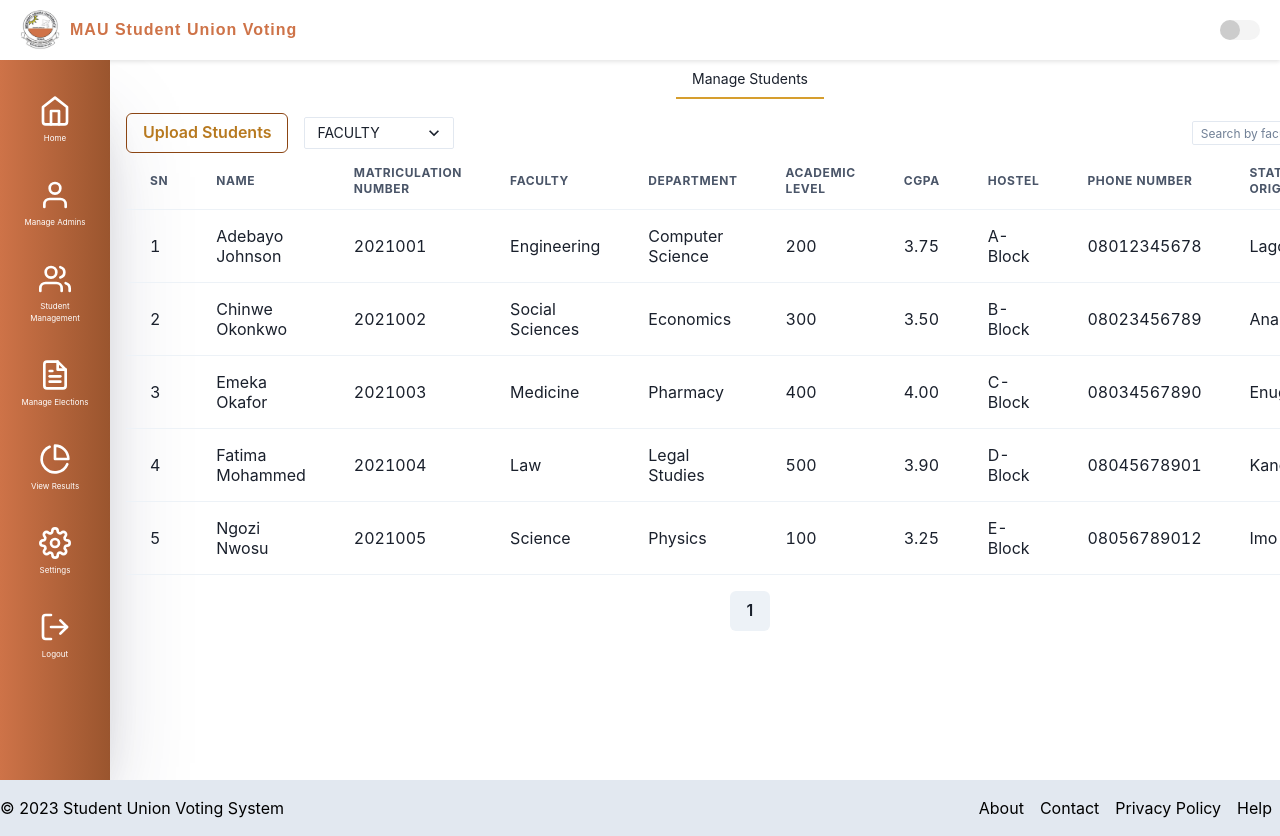
Repository: joena1o/e-vote
Page: /admin-dashboard/student-management
An editor plug-in stored every save of this project. The page is shown before and after the next save, followed by the edit.
The browser window is 1280 px wide. The pictures show the whole page.
The project was rebuilt for these pictures with package versions that can differ from the ones it lists, and the page was loaded fresh each time. Also part of the build but not shown: src/components/EnhancedLogin.js, src/components/BottomNav.js, src/api/index.js, src/components/maincontent/home/Home.styles.js, src/components/maincontent/home/Home.js, src/components/maincontent/RegisterStudents/RegisterStudents.js, src/components/maincontent/ElectionResults/ViewResults.js, src/components/maincontent/ElectionResults/report.js and 22 more.

Above is the page before, as saved 2023-12-19 18:45:39.

### src/index.js
import React from 'react';
import ReactDOM from 'react-dom/client';
import './index.css';
import App from './App';
import reportWebVitals from './reportWebVitals';
import Modal from 'react-modal';

// Set the app element for the modal for accessibility purposes
Modal.setAppElement('#root');

const root = ReactDOM.createRoot(document.getElementById('root'));
root.render(
  <React.StrictMode>
    <App />
  </React.StrictMode>
);

// If you want to start measuring performance in your app, pass a function
// to log results (for example: reportWebVitals(console.log))
// or send to an analytics endpoint. Learn more: https://bit.ly/CRA-vitals
reportWebVitals();

### src/Redux/store.js
import { configureStore } from '@reduxjs/toolkit';
import electionReducer from './electionSlice';
import studentsReducer from './studentsSlice';
import candidatesReducer from './CandidateSlice'; // Import the candidates reducer

const store = configureStore({
  reducer: {
    elections: electionReducer,
    students: studentsReducer,
    candidates: candidatesReducer, // Add the candidates reducer here
  },
});

export default store;

### src/components/Footer.js
import React from 'react';
import { Box, Flex, Text, Link } from '@chakra-ui/react';

const Footer = ({ colorMode }) => {
  const handleDownloadDocumentation = () => {

    const pdfUrl = '/path/to/your/documentation.pdf';

    //  anchor element that triggers  download
    const link = document.createElement('a');
    link.href = pdfUrl;
    link.download = 'documentation.pdf';
    link.click();
  };

    return (
      <Box as="footer" mt="auto" py={4} bg={colorMode === 'dark' ? 'gray.800' : 'gray.200'} color={colorMode === 'dark' ? 'white' : 'black'}>
        <Flex justify="space-between" align="center">
          <Text>&copy; 2023 Student Union Voting System</Text>
          <Flex>
            <Link mx={2} href="#about">
              About
            </Link>
            <Link mx={2} href="#contact">
              Contact
            </Link>
            <Link mx={2} href="#privacy">
              Privacy Policy
            </Link>
            <Link mx={2} onClick={handleDownloadDocumentation}>
              Help
            </Link>
          </Flex>
        </Flex>
      </Box>
    );
  };

  export default Footer;

### src/components/maincontent/RegisterStudents/StudentManagement.js
import React, { useState } from 'react';
import { Tabs, TabList, TabPanels, Tab, TabPanel, Box, Flex, Heading } from '@chakra-ui/react';
import ManageStudents from './ManageStudents';
import RegisterStudents from './RegisterStudents';

const StudentManagement = () => {
  const [activeTab, setActiveTab] = useState(0);

  const handleTabChange = (index) => {
    setActiveTab(index);
  };

  return (
    <Flex direction="column" align="center" w="100%" h="100vh"> {/* Set height to 100vh for full screen */}

      <Box w="100%" maxW="100%">
        <Tabs index={activeTab} onChange={handleTabChange} isLazy>
          <TabList display="flex" justifyContent="center" mx="auto" borderBottom="none">
            <Tab fontSize="sm" px={4} py={2} _selected={{ borderBottom: '2px solid', borderColor: 'yellow.500' }}>
              Manage Students
            </Tab>

          </TabList>
          <TabPanels>
            <TabPanel>
              <ManageStudents />
            </TabPanel>

          </TabPanels>
        </Tabs>
      </Box>
    </Flex>
  );
};

export default StudentManagement;

### src/Redux/electionSlice.js
/*import { createSlice, createAsyncThunk } from '@reduxjs/toolkit';
import { API, graphqlOperation } from 'aws-amplify';
import { createElection as createElectionAPI } from '../graphql/mutations';

export const createElection = createAsyncThunk(
  'elections/createElection',
  async (election, { rejectWithValue }) => {
    try {
      const result = await API.graphql(graphqlOperation(createElectionAPI, { input: election }));
      return result.data.createElection;
    } catch (error) {
      return rejectWithValue(error);
    }
  }
);

const electionSlice = createSlice({
  name: 'elections',
  initialState: [],
  reducers: {},
  extraReducers: (builder) => {
    builder.addCase(createElection.fulfilled, (state, action) => {
      state.push(action.payload);
    });
  },
});

export default electionSlice.reducer;
*/

### src/Redux/studentsSlice.js
import { createSlice } from '@reduxjs/toolkit';

export const studentsSlice = createSlice({
  name: 'students',
  initialState: [],
  reducers: {
    addStudents: (state, action) => {
      // Add students to the Redux store
      action.payload.forEach(student => {
        state.push(student);
      });
    },
  },
});

export const { addStudents } = studentsSlice.actions;

export default studentsSlice.reducer;

### src/Redux/CandidateSlice.js

import { createSlice } from '@reduxjs/toolkit';

export const candidatesSlice = createSlice({
  name: 'candidates',
  initialState: [],
  reducers: {
    setCandidates: (state, action) => {
      return action.payload;
    },
  },
});

export const { setCandidates } = candidatesSlice.actions;
export default candidatesSlice.reducer;

### src/components/maincontent/RegisterStudents/ManageStudents.js
import React, { useEffect, useState } from 'react';
import { API } from 'aws-amplify';
import {
  Box,
  Table,
  Thead,
  Tbody,
  Tr,
  Th,
  Td,
  Input,
  useColorMode,
  Modal,
  ModalOverlay,
  ModalContent,
  ModalHeader,
  ModalFooter,
  ModalBody,
  ModalCloseButton,
  VStack,
  HStack,
  Button,
  ChakraProvider,
  SimpleGrid,
  Flex,
  Select,
} from '@chakra-ui/react';
import { FiEye } from 'react-icons/fi';
import { toast } from 'react-toastify';
import 'react-toastify/dist/ReactToastify.css';

const ManageStudents = () => {
  const [students, setStudents] = useState([]);
  const [filteredStudents, setFilteredStudents] = useState([]);
  const [searchTerm, setSearchTerm] = useState('');
  const [sortField, setSortField] = useState(null);
  const [isModalOpen, setIsModalOpen] = useState(false);
  const [selectedFile, setSelectedFile] = useState(null);
  const [currentPage, setCurrentPage] = useState(1);
  const [studentsPerPage] = useState(5);
  const [selectedFilterField, setSelectedFilterField] = useState('FACULTY');
  const [columnFilters, setColumnFilters] = useState({});

  const { colorMode } = useColorMode();

  const mockStudents = [
    {
      id: 1,
      name: 'Adebayo Johnson',
      matriculationNumber: '2021001',
      faculty: 'Engineering',
      department: 'Computer Science',
      level: '200',
      cgpa: '3.75',
      hostel: 'A-Block',
      phone: '08012345678',
      stateOfOrigin: 'Lagos',
      lga: 'Ikeja',
      tribe: 'Yoruba',
    },
    {
      id: 2,
      name: 'Chinwe Okonkwo',
      matriculationNumber: '2021002',
      faculty: 'Social Sciences',
      department: 'Economics',
      level: '300',
      cgpa: '3.50',
      hostel: 'B-Block',
      phone: '08023456789',
      stateOfOrigin: 'Anambra',
      lga: 'Onitsha',
      tribe: 'Igbo',
    },
    {
      id: 3,
      name: 'Emeka Okafor',
      matriculationNumber: '2021003',
      faculty: 'Medicine',
      department: 'Pharmacy',
      level: '400',
      cgpa: '4.00',
      hostel: 'C-Block',
      phone: '08034567890',
      stateOfOrigin: 'Enugu',
      lga: 'Nsukka',
      tribe: 'Igbo',
    },
    {
      id: 4,
      name: 'Fatima Mohammed',
      matriculationNumber: '2021004',
      faculty: 'Law',
      department: 'Legal Studies',
      level: '500',
      cgpa: '3.90',
      hostel: 'D-Block',
      phone: '08045678901',
      stateOfOrigin: 'Kano',
      lga: 'Kano Municipal',
      tribe: 'Hausa',
    },
    {
      id: 5,
      name: 'Ngozi Nwosu',
      matriculationNumber: '2021005',
      faculty: 'Science',
      department: 'Physics',
      level: '100',
      cgpa: '3.25',
      hostel: 'E-Block',
      phone: '08056789012',
      stateOfOrigin: 'Imo',
      lga: 'Owerri',
      tribe: 'Igbo',
    },
  ];


  const handleFileSelect = (e) => {
    const file = e.target.files[0];
    setSelectedFile(file);
  };

  const handleUpload = () => {
    if (!selectedFile) {
      toast.error('Please select a file before uploading.');
      return;
    }

    // Your file upload logic here

    toast.info('Students registered successfully!', { autoClose: 3000 });
  };

  useEffect(() => {
    const fetchStudents = async () => {
      try {
        // Replace 'yourApiName' and '/path-to-your-endpoint' with your actual API information
        const apiData = await API.get('yourApiName', '/path-to-your-endpoint');
        setStudents(apiData.students);
        setFilteredStudents(apiData.students);
      } catch (error) {
        console.error('Error fetching students:', error);
        toast.error('Failed to fetch students. Please try again.');
      }
    };

    // Uncomment the line below to fetch real data from the API
    // fetchStudents();

    setStudents(mockStudents);
    setFilteredStudents(mockStudents);
  }, []);

  useEffect(() => {
    const results = students.filter((student) =>
      Object.values(student).some((value) =>
        value.toString().toLowerCase().includes(searchTerm.toLowerCase())
      )
    );
    if (!results.length) {
      toast.info('No students found.');
    }
    setFilteredStudents(results);
  }, [searchTerm, students]);

  const handleSort = (field) => {
    const sorted = [...filteredStudents].sort((a, b) =>
      a[field].toString().toLowerCase() > b[field].toString().toLowerCase() ? 1 : -1
    );
    setFilteredStudents(sorted);
    setSortField(field);
    toast.info(`Sorted by ${field}.`);
  };

  const openModal = () => {
    setIsModalOpen(true);
  };

  const closeModal = () => {
    setIsModalOpen(false);
  };

  const indexOfLastStudent = currentPage * studentsPerPage;
  const indexOfFirstStudent = indexOfLastStudent - studentsPerPage;
  const currentStudents = filteredStudents.slice(indexOfFirstStudent, indexOfLastStudent);

  const paginate = (pageNumber) => setCurrentPage(pageNumber);

  const filterStudentsByFilter = () => {
    let result = [...filteredStudents];

    if (selectedFilterField !== 'All' && columnFilters[selectedFilterField]) {
      result = result.filter((student) =>
        student[selectedFilterField]
          .toLowerCase()
          .includes(columnFilters[selectedFilterField].toLowerCase())
      );
    }

    return result;
  };

  const handleFilterFieldSelect = (field) => {
    setSelectedFilterField(field);
  };

  return (
    <ChakraProvider>
      <Box>
        <HStack spacing={2} align="center" w="100">
          <Input
            type="file"
            accept=".csv"
            display="none"
            onChange={handleFileSelect}
            id="file-upload-input"
          />
          <label htmlFor="file-upload-input">
            <Button
              as="span"
              colorScheme="yellow"
              variant="ghost"
              border="1px solid #8B4513"
              onClick={handleUpload}
              cursor="pointer"
            >
              Upload Students
            </Button>
          </label>

          {/* Filter Dropdown by Field */}
          <Select
            placeholder="Filter by Field"
            value={selectedFilterField}
            onChange={(e) => handleFilterFieldSelect(e.target.value)}
            size="sm"
            ml="2"
            maxWidth="150px"
          >
            <option value="FACULTY">FACULTY</option>
            <option value="DEPARTMENT">DEPARTMENT</option>
            <option value="level">ACADEMIC LEVEL</option>
            <option value="cgpa">CGPA</option>
            <option value="hostel">HOSTEL</option>
            <option value="phone">PHONE NUMBER</option>
            <option value="stateOfOrigin">STATE OF ORIGIN</option>
            <option value="lga">LGA</option>
            <option value="tribe">TRIBE</option>
          </Select>

          {/* Input for search term */}
          <Flex justifyContent="flex-end" flex="1">
            <Input
              type="text"
              placeholder={`Search by ${selectedFilterField.toLowerCase()}`}
              value={searchTerm}
              onChange={(e) => setSearchTerm(e.target.value)}
              size="xs"
              ml="2"
              w="20%"
            />
          </Flex>
        </HStack>

        {/* Table for displaying students */}
        <Table variant="simple" fontFamily="body">
          <Thead>
            <Tr>
              <Th>SN</Th>
              <Th onClick={() => handleSort('name')}>Name</Th>
              <Th onClick={() => handleSort('matriculationNumber')}>Matriculation Number</Th>
              <Th onClick={() => handleSort('faculty')}>Faculty</Th>
              <Th onClick={() => handleSort('department')}>Department</Th>
              <Th onClick={() => handleSort('level')}>Academic Level</Th>
              <Th onClick={() => handleSort('cgpa')}>CGPA</Th>
              <Th onClick={() => handleSort('hostel')}>Hostel</Th>
              <Th onClick={() => handleSort('phone')}>Phone Number</Th>
              <Th onClick={() => handleSort('stateOfOrigin')}>State of Origin</Th>
              <Th onClick={() => handleSort('lga')}>LGA</Th>
              <Th onClick={() => handleSort('tribe')}>Tribe</Th>
            </Tr>
          </Thead>

          <Tbody>
            {filterStudentsByFilter().map((student, index) => (
              <Tr key={student.id}>
                <Td>{indexOfFirstStudent + index + 1}</Td>
                <Td>{student.name}</Td>
                <Td>{student.matriculationNumber}</Td>
                <Td>{student.faculty}</Td>
                <Td>{student.department}</Td>
                <Td>{student.level}</Td>
                <Td>{student.cgpa}</Td>
                <Td>{student.hostel}</Td>
                <Td>{student.phone}</Td>
                <Td>{student.stateOfOrigin}</Td>
                <Td>{student.lga}</Td>
                <Td>{student.tribe}</Td>
              </Tr>
            ))}
          </Tbody>
        </Table>

        <VStack mt={4}>
          <SimpleGrid columns={Math.ceil(filterStudentsByFilter().length / studentsPerPage)}>
            {Array.from(
              { length: Math.ceil(filterStudentsByFilter().length / studentsPerPage) },
              (_, index) => (
                <Button key={index} onClick={() => paginate(index + 1)}>
                  {index + 1}
                </Button>
              )
            )}
          </SimpleGrid>
        </VStack>

        <Modal isOpen={isModalOpen} onClose={closeModal} size="md">
          <ModalOverlay />
          <ModalContent>
            <ModalHeader>Manage Students</ModalHeader>
            <ModalCloseButton />
            <ModalBody>
              <VStack spacing={4}>
                <Box>
                  <h3>Student Details</h3>
                  {/* Include student details here */}
                </Box>
                <Box>
                  <h3>Actions</h3>
                  <Button colorScheme="blue" mr={3}>
                    Edit
                  </Button>
                  <Button colorScheme="red">Delete</Button>
                </Box>
              </VStack>
            </ModalBody>
            <ModalFooter>
              <Button colorScheme="yellow" onClick={closeModal}>
                Close
              </Button>
            </ModalFooter>
          </ModalContent>
        </Modal>
      </Box>
    </ChakraProvider>
  );
};

export default ManageStudents;

Loaded but not shown: public/index.html (common file); src/index.css (common file); src/reportWebVitals.js (common file); src/components/Sidebar.js (130 lines, source omitted); src/components/AdminDashboard.js (99 lines, source omitted); src/components/Navbar.js (92 lines, source omitted); src/App.js (51 lines, source omitted)

After the next save:
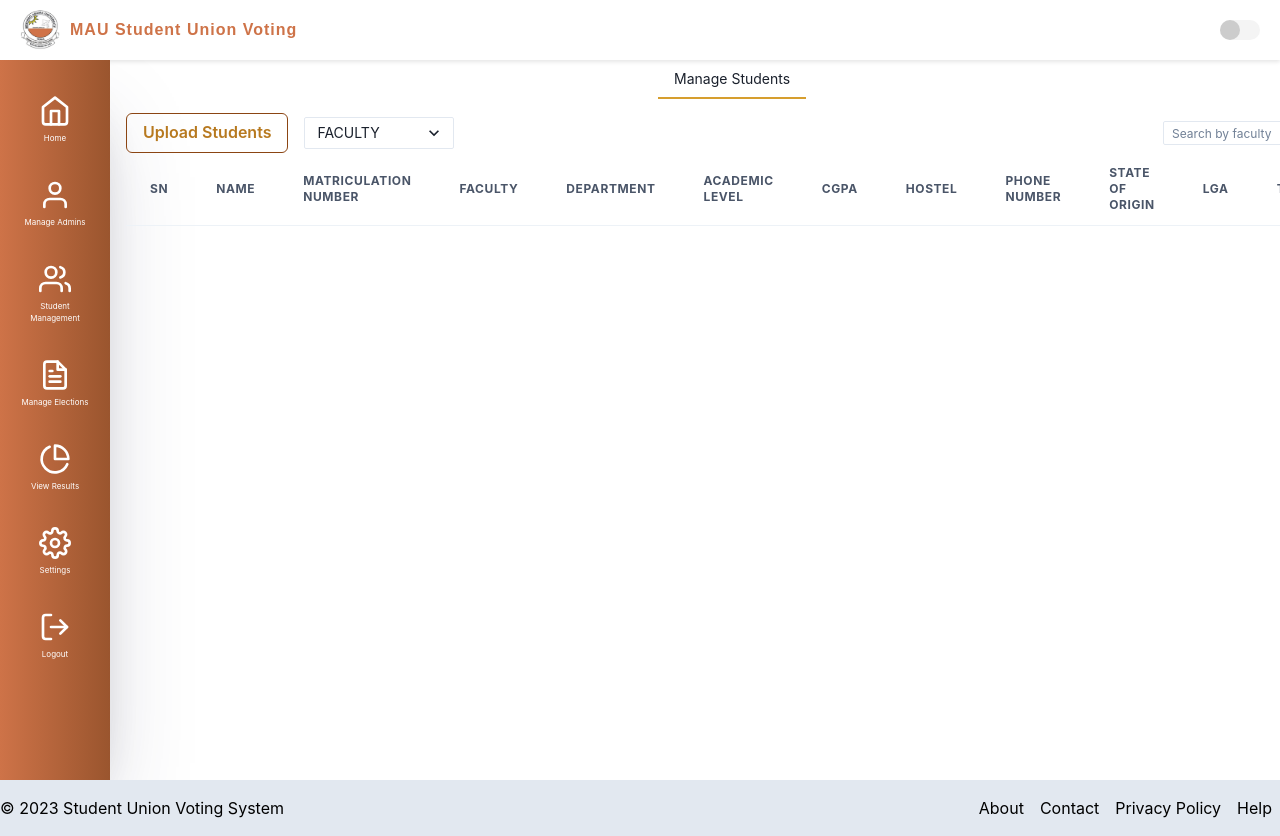
Saved 6 days later.
--- a/src/components/maincontent/RegisterStudents/ManageStudents.js
+++ b/src/components/maincontent/RegisterStudents/ManageStudents.js
@@ -44,78 +44,8 @@ const ManageStudents = () => {
   const { colorMode } = useColorMode();
 
   const mockStudents = [
-    {
-      id: 1,
-      name: 'Adebayo Johnson',
-      matriculationNumber: '2021001',
-      faculty: 'Engineering',
-      department: 'Computer Science',
-      level: '200',
-      cgpa: '3.75',
-      hostel: 'A-Block',
-      phone: '08012345678',
-      stateOfOrigin: 'Lagos',
-      lga: 'Ikeja',
-      tribe: 'Yoruba',
-    },
-    {
-      id: 2,
-      name: 'Chinwe Okonkwo',
-      matriculationNumber: '2021002',
-      faculty: 'Social Sciences',
-      department: 'Economics',
-      level: '300',
-      cgpa: '3.50',
-      hostel: 'B-Block',
-      phone: '08023456789',
-      stateOfOrigin: 'Anambra',
-      lga: 'Onitsha',
-      tribe: 'Igbo',
-    },
-    {
-      id: 3,
-      name: 'Emeka Okafor',
-      matriculationNumber: '2021003',
-      faculty: 'Medicine',
-      department: 'Pharmacy',
-      level: '400',
-      cgpa: '4.00',
-      hostel: 'C-Block',
-      phone: '08034567890',
-      stateOfOrigin: 'Enugu',
-      lga: 'Nsukka',
-      tribe: 'Igbo',
-    },
-    {
-      id: 4,
-      name: 'Fatima Mohammed',
-      matriculationNumber: '2021004',
-      faculty: 'Law',
-      department: 'Legal Studies',
-      level: '500',
-      cgpa: '3.90',
-      hostel: 'D-Block',
-      phone: '08045678901',
-      stateOfOrigin: 'Kano',
-      lga: 'Kano Municipal',
-      tribe: 'Hausa',
-    },
-    {
-      id: 5,
-      name: 'Ngozi Nwosu',
-      matriculationNumber: '2021005',
-      faculty: 'Science',
-      department: 'Physics',
-      level: '100',
-      cgpa: '3.25',
-      hostel: 'E-Block',
-      phone: '08056789012',
-      stateOfOrigin: 'Imo',
-      lga: 'Owerri',
-      tribe: 'Igbo',
-    },
+    // ... (previous mock data)
   ];
-
 
   const handleFileSelect = (e) => {
     const file = e.target.files[0];

After the save that followed:
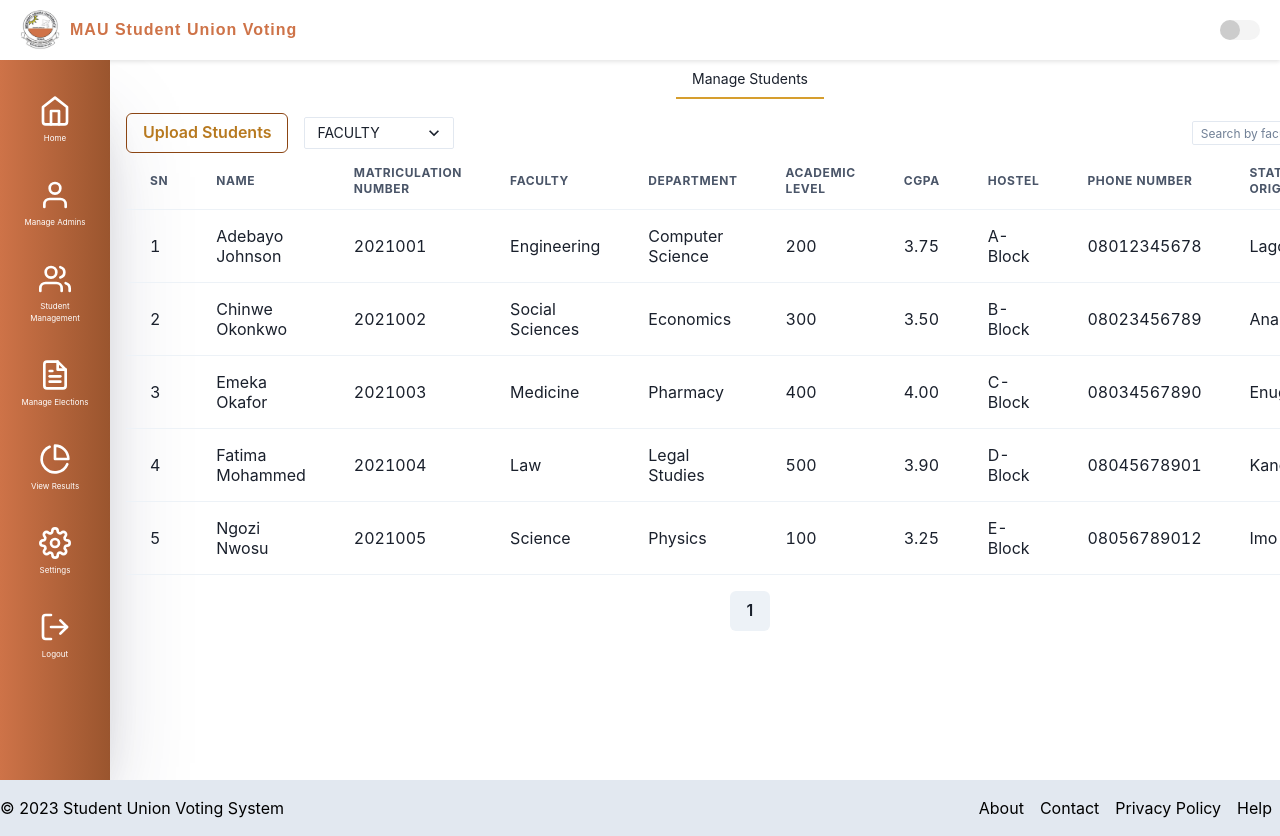
Saved 3 min 9 s later.
--- a/src/components/maincontent/RegisterStudents/ManageStudents.js
+++ b/src/components/maincontent/RegisterStudents/ManageStudents.js
@@ -44,7 +44,76 @@ const ManageStudents = () => {
   const { colorMode } = useColorMode();
 
   const mockStudents = [
-    // ... (previous mock data)
+    {
+      id: 1,
+      name: 'Adebayo Johnson',
+      matriculationNumber: '2021001',
+      faculty: 'Engineering',
+      department: 'Computer Science',
+      level: '200',
+      cgpa: '3.75',
+      hostel: 'A-Block',
+      phone: '08012345678',
+      stateOfOrigin: 'Lagos',
+      lga: 'Ikeja',
+      tribe: 'Yoruba',
+    },
+    {
+      id: 2,
+      name: 'Chinwe Okonkwo',
+      matriculationNumber: '2021002',
+      faculty: 'Social Sciences',
+      department: 'Economics',
+      level: '300',
+      cgpa: '3.50',
+      hostel: 'B-Block',
+      phone: '08023456789',
+      stateOfOrigin: 'Anambra',
+      lga: 'Onitsha',
+      tribe: 'Igbo',
+    },
+    {
+      id: 3,
+      name: 'Emeka Okafor',
+      matriculationNumber: '2021003',
+      faculty: 'Medicine',
+      department: 'Pharmacy',
+      level: '400',
+      cgpa: '4.00',
+      hostel: 'C-Block',
+      phone: '08034567890',
+      stateOfOrigin: 'Enugu',
+      lga: 'Nsukka',
+      tribe: 'Igbo',
+    },
+    {
+      id: 4,
+      name: 'Fatima Mohammed',
+      matriculationNumber: '2021004',
+      faculty: 'Law',
+      department: 'Legal Studies',
+      level: '500',
+      cgpa: '3.90',
+      hostel: 'D-Block',
+      phone: '08045678901',
+      stateOfOrigin: 'Kano',
+      lga: 'Kano Municipal',
+      tribe: 'Hausa',
+    },
+    {
+      id: 5,
+      name: 'Ngozi Nwosu',
+      matriculationNumber: '2021005',
+      faculty: 'Science',
+      department: 'Physics',
+      level: '100',
+      cgpa: '3.25',
+      hostel: 'E-Block',
+      phone: '08056789012',
+      stateOfOrigin: 'Imo',
+      lga: 'Owerri',
+      tribe: 'Igbo',
+    },
   ];
 
   const handleFileSelect = (e) => {
